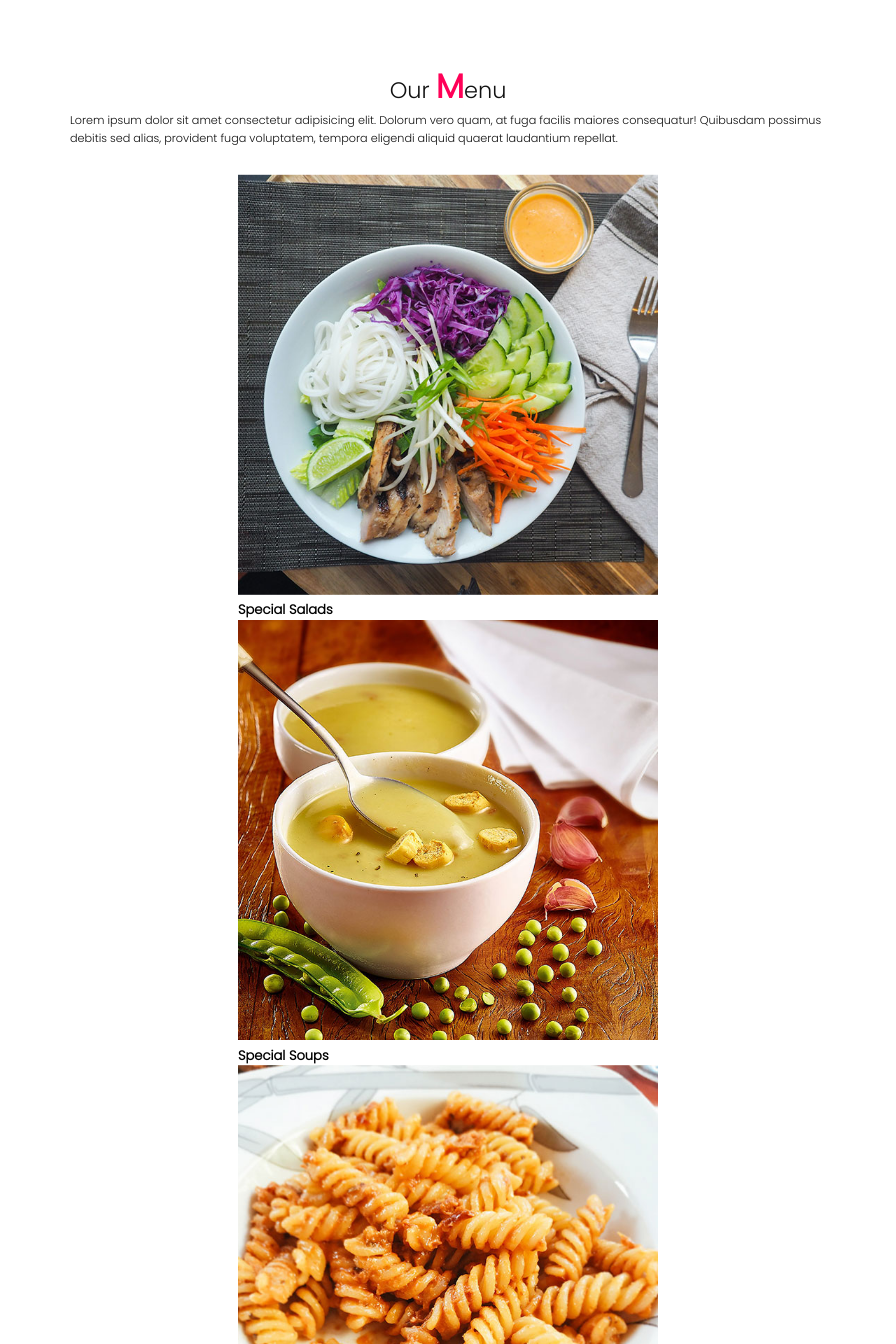
Repository: Adriandias1997/MobileFriendly_FoodWebsite
Page: index.html
The author's editor kept a copy of each file at every save. The page is drawn from the files as they stood at one save, then again after the next save.
The browser window is 1280 px wide. The pictures show the part of the page from y = 1304 to 3224 px (the page is 5515 px tall before and 3817 px after), at 70% of full size.

Above is the page before, as saved 2020-10-16 16:31:58.

### index.html
<!DOCTYPE html>
<html lang="en">

<head>
    <meta charset="UTF-8">
    <meta name="viewport" content="width=device-width, initial-scale=1.0">
    <title>Food</title>
    <link rel="stylesheet" href="style.css">
</head>

<body>
    <header>
        <a href="#" class="logo">Food <span>Corner</span></a>
        <ul class="navigation">
            <li><a href="#banner">Home</a></li>
            <li><a href="#about">About Us</a></li>
            <li><a href="#menu">Menu</a></li>
            <li><a href="#expert">Expert</a></li>
            <li><a href="#testimonials">Testimonials</a></li>
            <li><a href="#contact">Contact</a></li>
        </ul>

    </header>
    <section class="banner" id="banner">
        <div class="content">
            <h2>Always choose Good</h2>
            <p>Lorem ipsum dolor sit amet consectetur adipisicing elit. Ipsam delectus nisi hic deserunt at, ex harum sit. Quos quaerat ut expedita velit. Commodi accusamus non debitis error sint at perspiciatis.</p>

            <a href="#" class="btn">Our Menu</a>
        </div>
    </section>

    <section class="about" id="about">
        <div class="row">
            <div class="col50">
                <h2 class="titleText"><span>A</span>bout Us</h2>
                <p>Lorem ipsum dolor sit amet consectetur adipisicing elit. Dolorum vero quam, at fuga facilis maiores consequatur! Quibusdam possimus debitis sed alias, provident fuga voluptatem, tempora eligendi aliquid quaerat laudantium repellat. Lorem
                    ipsum dolor sit amet consectetur adipisicing elit. Dolorum vero quam, at fuga facilis maiores consequatur! Quibusdam possimus debitis sed alias, provident fuga voluptatem, tempora eligendi aliquid quaerat laudantium repellat. Lorem
                    ipsum dolor sit amet consectetur adipisicing elit. Dolorum vero quam, at fuga facilis maiores consequatur! Quibusdam possimus debitis sed alias, provident fuga voluptatem, tempora eligendi aliquid quaerat laudantium repellat.
                </p>
            </div>
            <div class="col50">
                <div class="imgBx">
                    <img src="./Images/img1.jpg" alt="">
                </div>
            </div>
        </div>
    </section>

    <section class="menu" id="menu">
        <div class="title">
            <h2 class="titleText">Our <span>M</span>enu</h2>
            <p>Lorem ipsum dolor sit amet consectetur adipisicing elit. Dolorum vero quam, at fuga facilis maiores consequatur! Quibusdam possimus debitis sed alias, provident fuga voluptatem, tempora eligendi aliquid quaerat laudantium repellat.
            </p>
        </div>
        <div class="content">
            <div class="box">
                <div class="imgBx">
                    <img src="Images/menu1.jpg" alt="">
                </div>
                <div class="text">
                    <h3>Special Salads</h3>
                </div>
            </div>
            <div class="box">
                <div class="imgBx">
                    <img src="Images/menu2.jpg" alt="">
                </div>
                <div class="text">
                    <h3>Special Soups</h3>
                </div>
            </div>
            <div class="box">
                <div class="imgBx">
                    <img src="Images/menu3.jpg" alt="">
                </div>
                <div class="text">
                    <h3>Special Pasta</h3>
                </div>
            </div>
            <div class="box">
                <div class="imgBx">
                    <img src="Images/menu4.jpg" alt="">
                </div>
                <div class="text">
                    <h3>Special Salads</h3>
                </div>
            </div>
            <div class="box">
                <div class="imgBx">
                    <img src="Images/menu5.jpg" alt="">
                </div>
                <div class="text">
                    <h3>Special Soups</h3>
                </div>
            </div>
            <div class="box">
                <div class="imgBx">
                    <img src="Images/menu6.jpg" alt="">
                </div>
                <div class="text">
                    <h3>Special Salads</h3>
                </div>
            </div>
        </div>
        <div class="title">
            <a href="#" class="btn">
View All
            </a>
        </div>
    </section>

    <script src="index.js"></script>
</body>

</html>

### style.css
@import url("https://fonts.googleapis.com/css2?family=Poppins:wght@300&display=swap");
* {
    margin: 0;
    padding: 0;
    box-sizing: border-box;
    font-family: "Poppins", sans-serif;
    scroll-behavior: smooth;
}

p {
    font-weight: 300;
    color: #111;
}


/* body {
    min-height: 1000px;
} */

.banner {
    position: relative;
    width: 100%;
    min-height: 100vh;
    display: flex;
    justify-content: center;
    align-items: center;
    background: url(./Images/bg.jpg);
    background-size: cover;
}

.banner .content {
    max-width: 900px;
    text-align: center;
}

.banner .content h2 {
    font-size: 5em;
    color: #fff;
}

.banner .content p {
    font-size: 1em;
    color: #fff;
}

.btn {
    font-size: 1em;
    color: #fff;
    background: #ff0157;
    display: inline-block;
    padding: 10px 30px;
    text-transform: uppercase;
    text-decoration: none;
    letter-spacing: 2px;
    transition: 0.5s;
}

.btn:hover {
    background-color: #fff;
    color: #ff0157;
    letter-spacing: 6px;
}

header {
    position: fixed;
    top: 0;
    left: 0;
    width: 100%;
    padding: 40px 100px;
    z-index: 10000;
    display: flex;
    justify-content: space-between;
    align-items: center;
    transition: 0.5s;
}

header.sticky {
    background: #fff;
    padding: 10px 100px;
    box-shadow: 0 5px 20px rgba(0, 0, 0, 0.05);
}

header .logo {
    color: #fff;
    font-weight: 700;
    text-decoration: none;
    font-size: 2em;
}

header.sticky .logo {
    color: #111;
}

header .logo span {
    color: #ff0157;
}

header .navigation {
    position: relative;
    display: flex;
}

header .navigation li {
    list-style: none;
    margin-left: 30px;
}

header .navigation li a {
    text-decoration: none;
    color: #fff;
    font-weight: 300;
}

header.sticky .navigation li a {
    color: #111;
    font-weight: 300;
}

header .navigation li a:hover {
    color: #ff0157;
}

section {
    padding: 100px;
}

.row {
    position: relative;
    width: 100%;
    display: flex;
    justify-content: space-between;
}

.row .col50 {
    position: relative;
    width: 48%;
}

.titleText {
    color: #111;
    font-size: 2em;
    font-weight: 400;
}

.titleText span {
    color: #ff0157;
    font-size: 1.5em;
    font-weight: 700;
}

.row .col50 .imgBx {
    position: relative;
    width: 100%;
    height: 100%;
    /* min-height: 300px; */
}

.row .col50 .imgBx img {
    position: relative;
    top: 0;
    left: 0;
    width: 100%;
    height: 100%;
    object-fit: cover;
}

.title {
    width: 100%;
    display: flex;
    justify-content: center;
    align-items: center;
    flex-direction: column;
}

.menu .content {
    display: flex;
    justify-content: center;
    flex-direction: row-reverse;
    flex-wrap: wrap;
    margin-top: 40px;
}

### index.js
window.addEventListener('scroll', function() {
    const header = document.querySelector('header');
    header.classList.toggle('sticky', window.scrollY > 0);
});

After the next save:
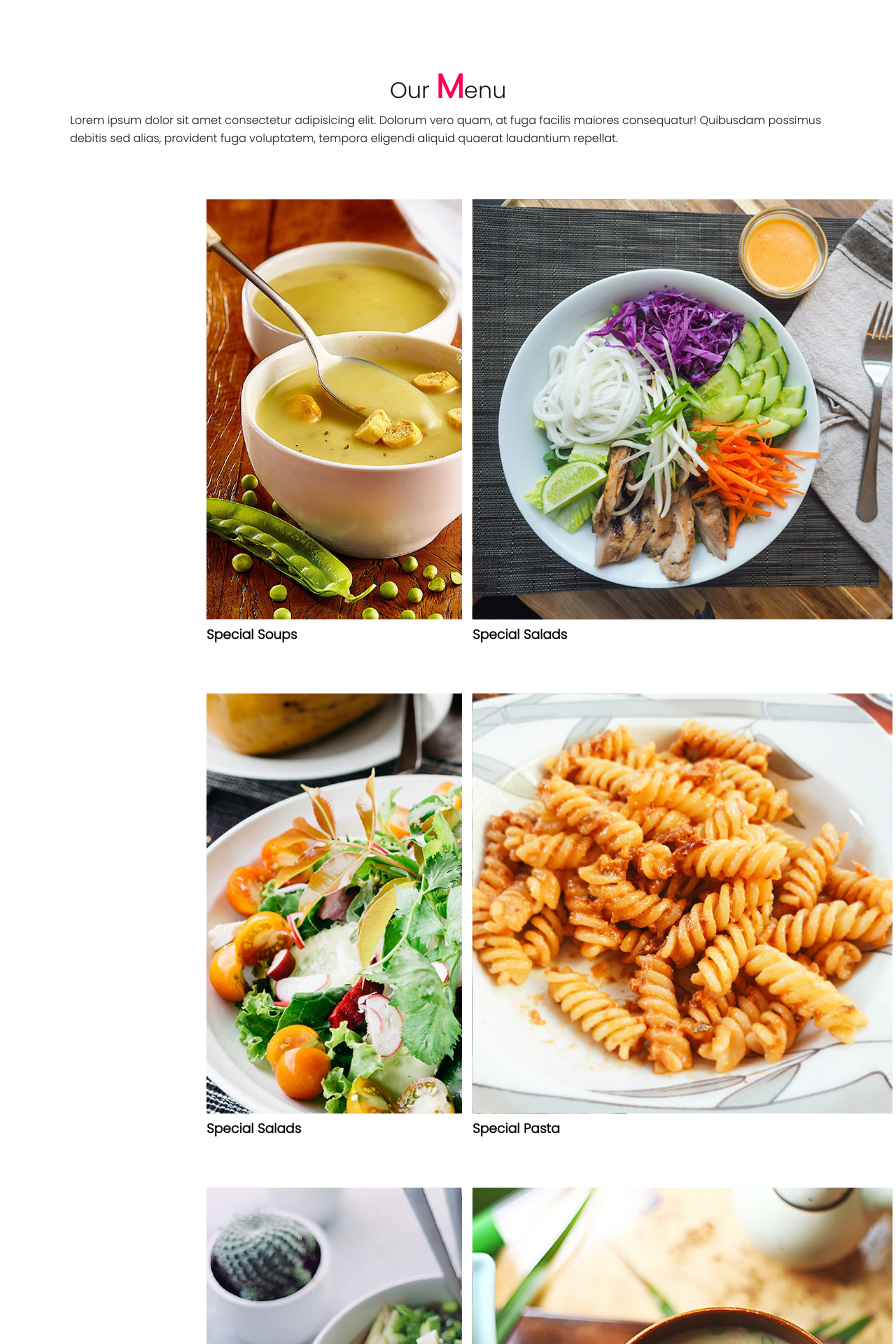
Saved 85 s later.
--- a/style.css
+++ b/style.css
@@ -179,3 +179,9 @@ section {
     flex-wrap: wrap;
     margin-top: 40px;
 }
+
+.menu .content .box {
+    width: 340px;
+    margin: 20px;
+    border: 15px solid #fff;
+}
